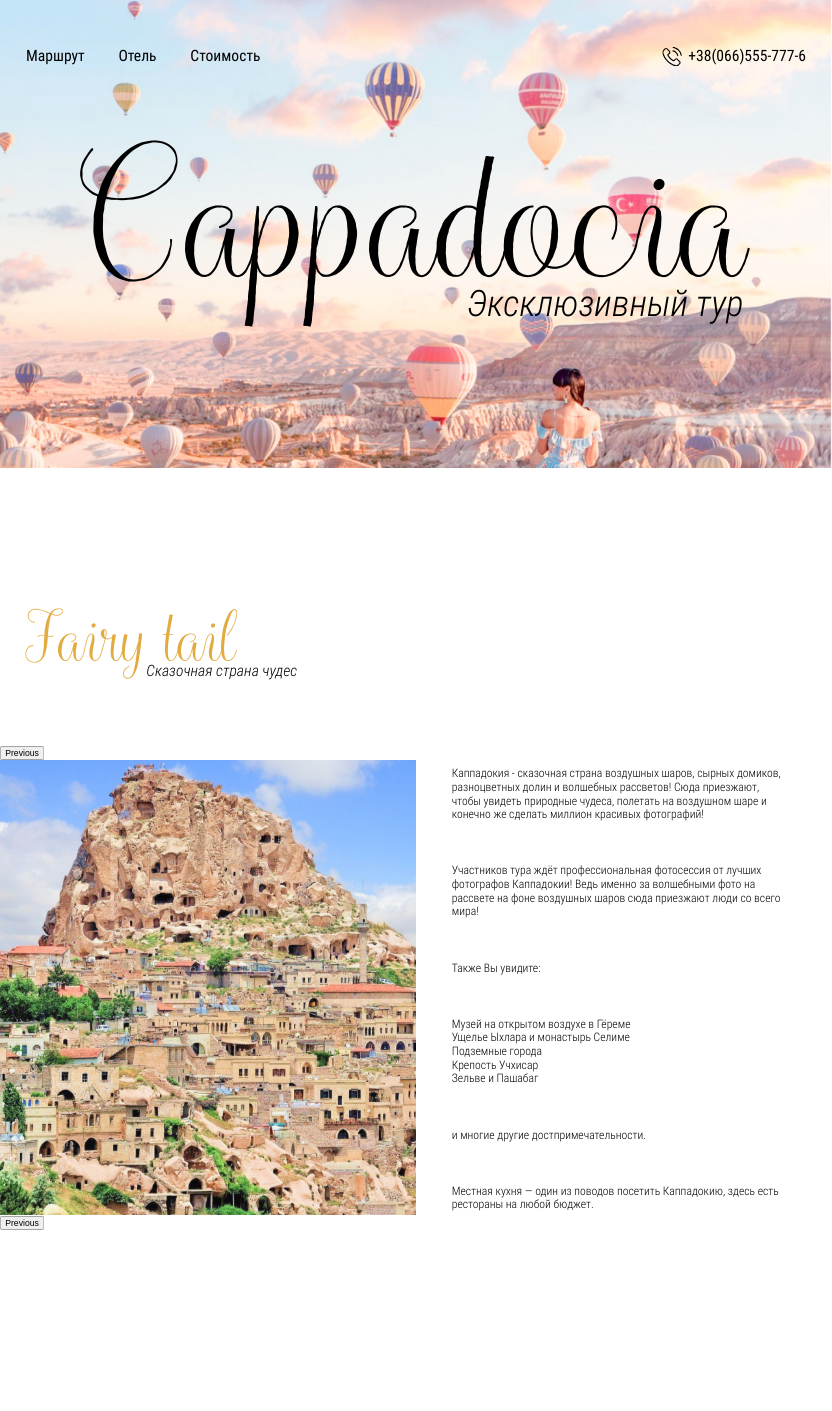
Repository: Lareeman/cappadocia
Page: index.html
These files come from the project's save history. The page is drawn as it stood at one moment and after the next save; the edit follows.
The browser window is 1280 px wide. The pictures show the whole page, at 65% of full size.

Above is the page before, as saved 2024-01-27 13:06:32.

### index.html
<!DOCTYPE html>
<html lang="en">

<head>
  <meta charset="UTF-8">
  <meta name="viewport" content="width=device-width, initial-scale=1.0">
  <meta http-equiv="X-UA-Compatible" content="ie=edge">
  <title>Cappadocia</title>
  <link rel="stylesheet" href="css/reset.css">
  <link rel="stylesheet" href="css/slick.css">
  <link rel="stylesheet" href="css/style.css">
</head>

<body>
  <header class="header">
    <div class="container">
      <div class="header__top">
        <nav class="menu">
          <ul class="menu__list">
            <li class="menu__item"><a class="menu__link" href="#">Маршрут</a></li>
            <li class="menu__item"><a class="menu__link" href="#">Отель</a></li>
            <li class="menu__item"><a class="menu__link" href="#">Стоимость</a></li>
          </ul>
        </nav>
        <a class="header__phone" href="tel:+380665557776">+38(066)555-777-6</a>
      </div>
      <h1 class="header__title">Cappadocia<span>Эксклюзивный тур</span></h1>
    </div>
  </header>
  <section class="fairy page-section">
    <div class="container">
      <h3 class="fairy__title title">Fairy tail
        <span>Сказочная страна чудес</span>
      </h3>
    </div>
    <div class="fairy__inner">
      <div class="fairy__slider">
        <div class="fairy__item"><img src="images/fairy-1.jpg" alt=""></div>
        <div class="fairy__item"><img src="images/fairy-2.jpg" alt=""></div>
        <div class="fairy__item"><img src="images/fairy-3.jpg" alt=""></div>
      </div>
      <div class="fairy__content">
        <div class="fairy__container">
          <div class="fairy__body">
            <p class="fairy__text">
              Каппадокия - сказочная страна воздушных шаров, сырных домиков, разноцветных долин и волшебных рассветов!
              Сюда приезжают, чтобы увидеть природные чудеса, полетать на воздушном шаре и конечно же сделать миллион красивых фотографий!
            </p>
            <p class="fairy__text">
              Участников тура ждёт профессиональная фотосессия от лучших фотографов Каппадокии!
              Ведь именно за волшебными фото на рассвете на фоне воздушных шаров сюда приезжают люди со всего мира!
            </p>
            <div class="fairy__body-title">
              Также Вы увидите:
            </div>
            <ul class="fairy__list">
              <li>Музей на открытом воздухе в Гёреме</li>
              <li>Ущелье Ыхлара и монастырь Селиме</li>
              <li>Подземные города</li>
              <li>Крепость Учхисар</li>
              <li>Зельве и Пашабаг</li>
            </ul>
            <p class="fairy__text">и многие другие достпримечательности.</p>
            <p class="fairy__text">Местная кухня — один из поводов посетить Каппадокию, здесь есть рестораны на любой бюджет.</p>
          </div>
        </div>
      </div>
    </div>
  </section>

  <img src="images/arrow-prev.svg" alt="">

  <script src="https://ajax.googleapis.com/ajax/libs/jquery/3.4.1/jquery.min.js"></script>
  <script src="js/slick.min.js"></script>
  <script src="js/main.js"></script>
</body>

</html>

### css/style.css
:root {
  --black: #000;
  --gold: #E2AB3F;
}

@font-face {
  font-family: 'Balqis';
  src: url('../fonts/balqis.woff2');
  src: url('../fonts/balqis.woff2') format('woff2'),
    url('../fonts/balqis.woff') format('woff');

  font-style: normal;
  font-weight: 300;
  font-display: swap;
}

@font-face {
  font-family: 'RobotoCondensed-Light';
  src: url('../fonts/RobotoCondensed-Light.woff2');
  src: url('../fonts/RobotoCondensed-Light.woff2') format('woff2'),
    url('../fonts/RobotoCondensed-Light.woff') format('woff');


  font-style: normal;
  font-weight: 300;
  font-display: swap;
}

@font-face {
  font-family: 'RobotoCondensed-LightItalic';
  src: url('../fonts/RobotoCondensed-LightItalic.woff2');
  src: url('../fonts/RobotoCondensed-LightItalic.woff2') format('woff2'),
    url('../fonts/RobotoCondensed-LightItalic.woff') format('woff');
  font-style: italic;
  font-weight: 300;
  font-display: swap;
}

@font-face {
  font-family: 'RobotoCondensed-Regular';
  src: url('../fonts/RobotoCondensed-Regular.woff2');
  src: url('../fonts/RobotoCondensed-Regular.woff2') format('woff2'),
    url('../fonts/RobotoCondensed-Regular.woff') format('woff');


  font-style: 400;
  font-weight: 300;
  font-display: swap;
}

html {
  box-sizing: border-box;
}

*,
*::before,
*::after {
  box-sizing: inherit;
}

a {
  text-decoration: none;
  color: inherit;
}

ul {
  list-style-type: none;
}

body {
  color: var(--black);
  font-family: 'RobotoCondensed-Light';
  font-size: 18px;
  font-style: normal;
  font-weight: 300;
  line-height: normal;
}

.header {
  background-image: url("../images/header-bg.jpg");
  background-size: cover;
  background-repeat: no-repeat;
  background-position: bottom center;
  min-height: 100vh;
  margin-bottom: 200px;
}

.container {
  max-width: 1230px;
  padding: 0 15px;
  margin: 0 auto;
}

.page-section {
  margin-bottom: 200px;
}

.title {
  color: var(--gold);
  font-family: Balqis;
  font-size: 96px;
  font-weight: 400;
  margin-bottom: 100px;
}

.title span {
  line-height: 28px;
  font-size: 24px;
  color: var(--black);
  font-family: 'RobotoCondensed-LightItalic';
  display: block;
  margin-top: -30px;
  margin-left: 185px;
}

.header__top {
  padding: 72px 0;
  display: flex;
  justify-content: space-between;
  align-items: center;
  font-size: 24px;
  font-weight: 400;
  font-family: 'RobotoCondensed-Regular';
}

.menu__list {
  display: flex;
  gap: 0 52px;
}

.menu__link {
  transition: all .6s;
}

.menu__link:hover {
  text-decoration: underline;
  /* border-bottom: 1px solid var(--black); */
}

.header__title {
  text-align: center;
  color: var(--black);
  font-family: "Balqis", serif;
  font-size: 250px;
  font-weight: 400;
}

.header__title span {
  text-align: right;
  margin-top: -6%;
  margin-right: 8%;
  display: block;
  font-family: 'RobotoCondensed-LightItalic';
  font-size: 56px;
  font-style: italic;
  font-weight: 300;
}

.header__phone {
  padding-left: 40px;
  position: relative;
}

.header__phone::before {
  content: "";
  position: absolute;
  width: 30px;
  height: 30px;
  left: 0;
  background-image: url('../images/phone-icon.svg');
}

.fairy {}


.fairy__title {}

.fairy__inner {
  display: flex;
  gap: 0 55px;
}

.fairy__slider {
  width: 50%;
}

.fairy__item {}

.fairy__content {
  width: 40%;
}

.fairy__container {}

.fairy__body {
  min-height: 750px;
  display: flex;
  flex-direction: column;
  justify-content: space-around;
  align-items: flex-start;

}

.fairy__text {

}

.fairy__body-title {

  font-weight: 400;
}

.fairy__list {

}

### js/main.js
$(function () {
    $('.fairy__slider').slick({
        slidesToShow: 1,
        slidesToScroll: 1,
        autoplay: true,
        autoplaySpeed: 2000,

        prevArrow: '<button type="button" class="slick-prev">Previous</button>',
        nextArrow: '<button type="button" class="slick-prev">Previous</button>',

    });
});

Loaded but not shown: css/reset.css (common file); css/slick.css (common file); js/slick.min.js (library)

After the next save:
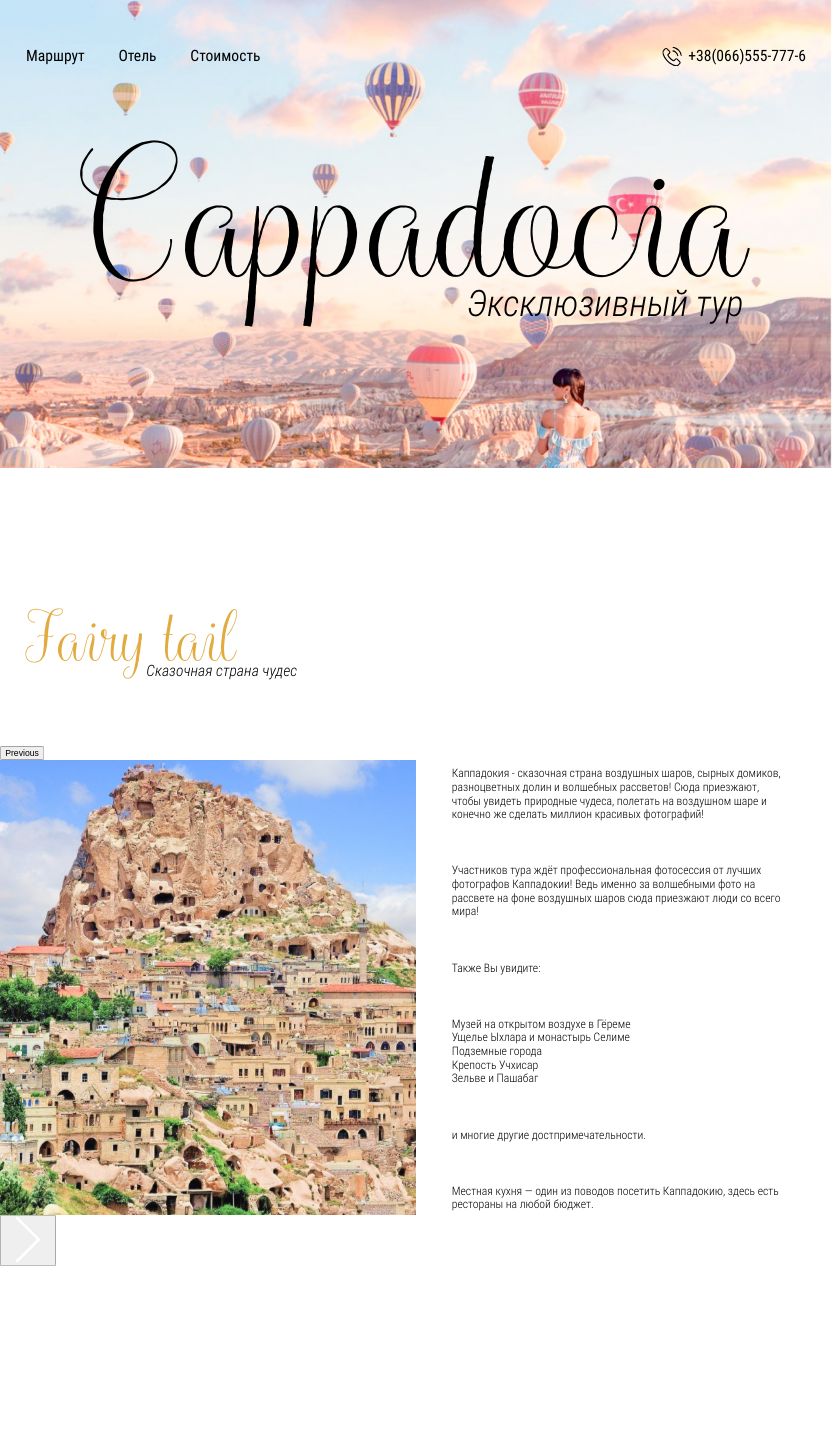
Saved 6 s later.
--- a/js/main.js
+++ b/js/main.js
@@ -6,7 +6,7 @@ $(function () {
         autoplaySpeed: 2000,
 
         prevArrow: '<button type="button" class="slick-prev">Previous</button>',
-        nextArrow: '<button type="button" class="slick-prev">Previous</button>',
+        nextArrow: '<button type="button" class="slick-prev"> <img src="images/arrow-next.svg" alt=""></button>',
 
     });
 });
